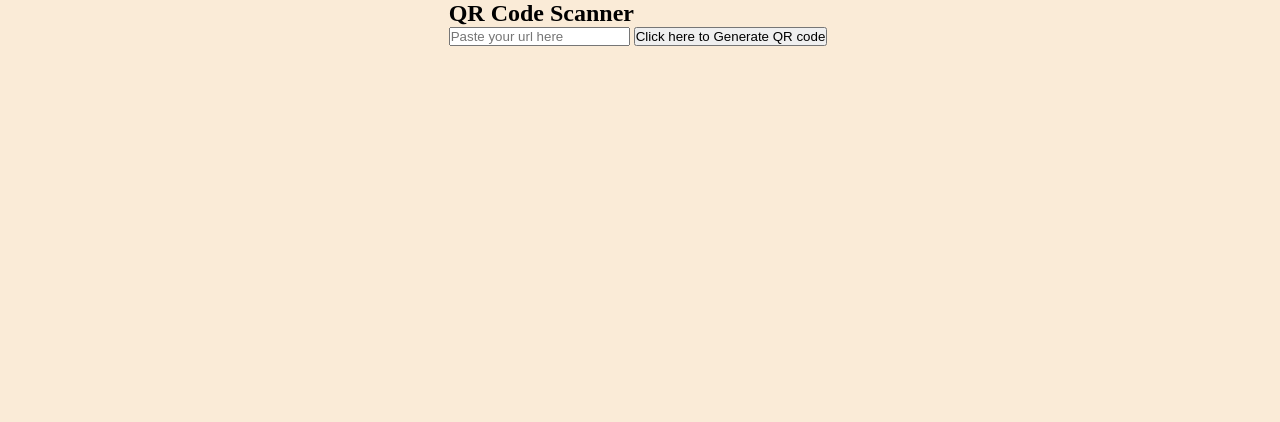
Repository: JunaidAnsari202/QR-Scanner
Page: index.html
The author's editor kept a copy of each file at every save. The page is drawn from the files as they stood at one save, then again after a run of saves.
The browser window is 1280 px wide. The pictures show the whole page.

Above is the page before, as saved 2024-10-12 12:11:32.

After the next 2 saves:
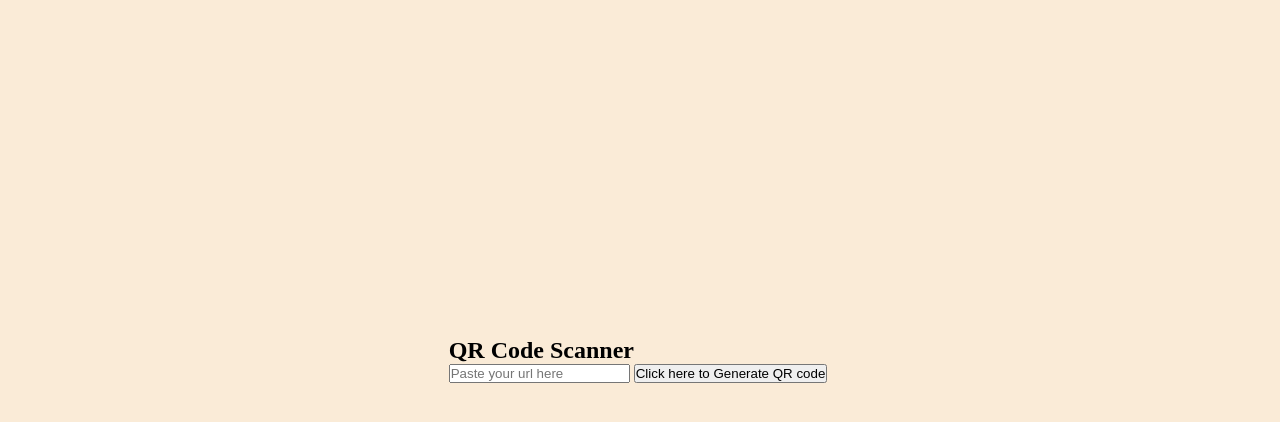
The 2 saves are shown as one change because they came seconds apart.
The last was saved 16 s later.
--- a/style.css
+++ b/style.css
@@ -9,5 +9,5 @@ body{
     display: flex;
     justify-content: center;
     align-items: center;
-    height: 100%;
+    height: 100vh;
 }
